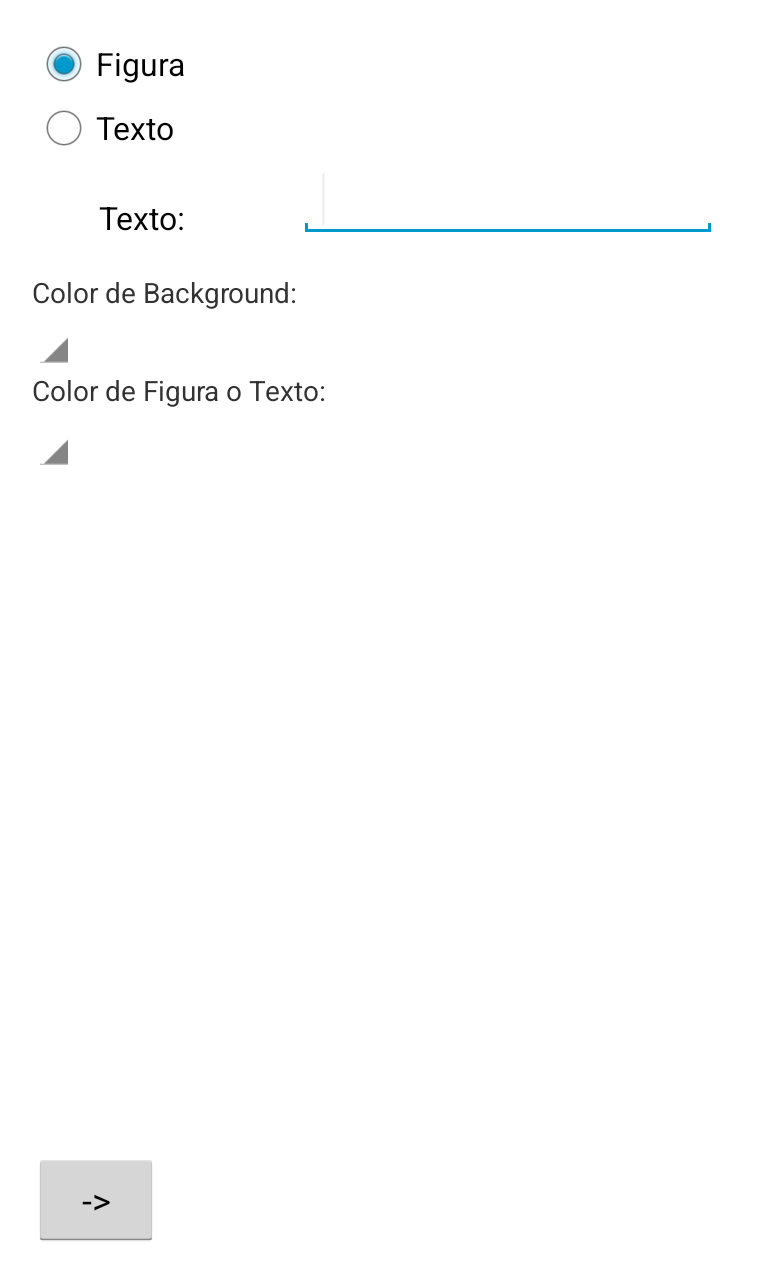
Repository: Anrai/android-app
Layout: Ejercicios/res/layout/activity_main.xml
These files come from the project's save history. The layout is drawn as it stood at one moment and after the next save; the edit follows.
It is drawn on a 768 x 1280 px phone screen (xhdpi) without system bars, with theme AppTheme; the app's code is not run. The app's manifest (not shown) leaves right-to-left support off. So textAlignment, textDirection and layoutDirection are ignored, and left and right values win over start and end ones.

Above is the layout before, as saved 2014-05-08 01:38:28.

After the next save:
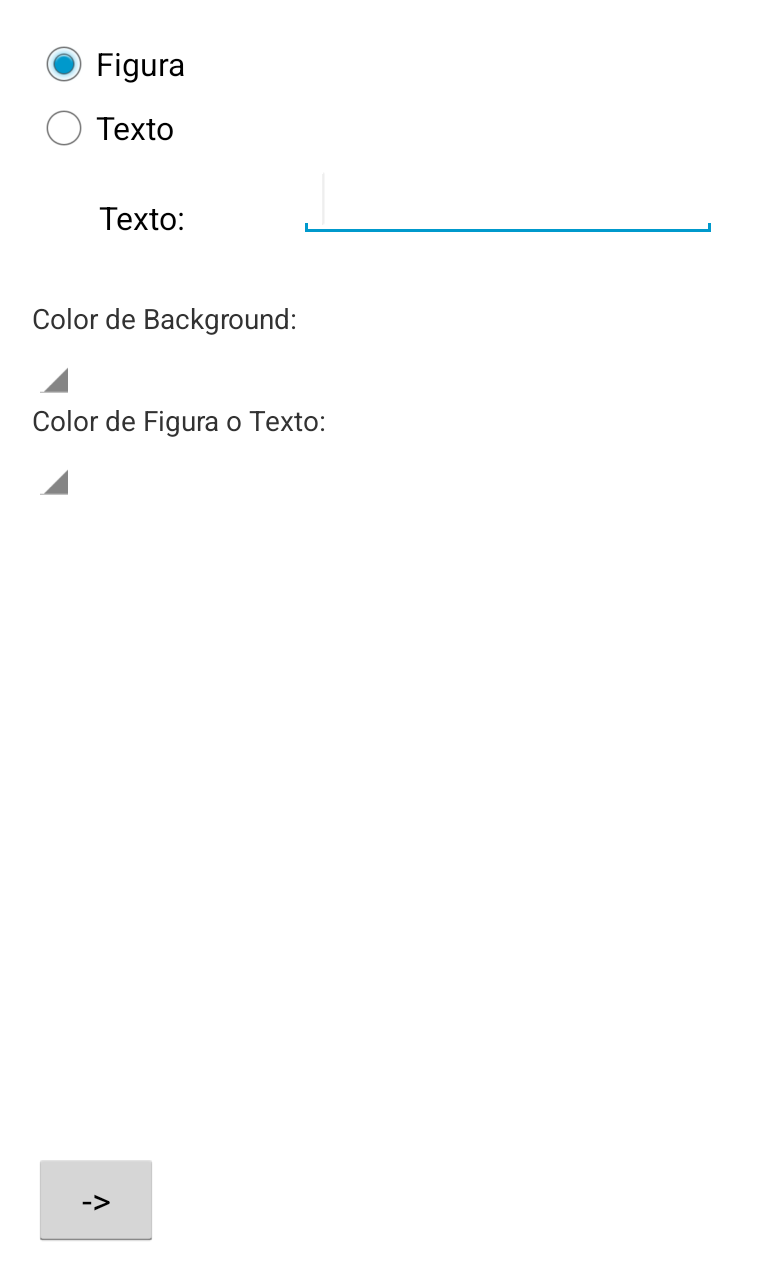
Saved 52 s later.
--- a/Ejercicios/res/layout/activity_main.xml
+++ b/Ejercicios/res/layout/activity_main.xml
@@ -58,36 +58,27 @@
         android:onClick="enviar"
         android:text="->" />
 
+    <TextView
+        android:id="@+id/textView1"
+        android:layout_width="wrap_content"
+        android:layout_height="wrap_content"
+        android:layout_alignLeft="@+id/radioGroup1"
+        android:layout_below="@+id/checkedTextView1"
+        android:layout_marginTop="30dp"
+        android:text="Color de Background:" />
+
     <Spinner
         android:id="@+id/background"
         android:layout_width="wrap_content"
         android:layout_height="wrap_content"
-        android:layout_alignParentBottom="false"
-        android:layout_alignParentLeft="false"
-        android:layout_alignParentRight="false"
-        android:layout_alignParentTop="false"
-        android:layout_alignWithParentIfMissing="false"
-        android:layout_below="@+id/textoEscrito"
-        android:layout_centerHorizontal="false"
-        android:layout_centerInParent="false"
-        android:layout_centerVertical="false"
-        android:layout_marginTop="34dp" />
-
-    <TextView
-        android:id="@+id/textView1"
-        android:layout_width="wrap_content"
-        android:layout_height="wrap_content"
-        android:layout_alignLeft="@+id/background"
-        android:layout_alignParentLeft="true"
-        android:layout_below="@+id/textoEscrito"
-        android:layout_marginTop="17dp"
-        android:text="Color de Background:" />
+        android:layout_alignLeft="@+id/radioGroup1"
+        android:layout_below="@+id/textView1" />
 
     <TextView
         android:id="@+id/textView2"
         android:layout_width="wrap_content"
         android:layout_height="wrap_content"
-        android:layout_alignLeft="@+id/background"
+        android:layout_alignLeft="@+id/radioGroup1"
         android:layout_below="@+id/background"
         android:text="Color de Figura o Texto:" />
 
@@ -95,7 +86,7 @@
         android:id="@+id/color"
         android:layout_width="wrap_content"
         android:layout_height="wrap_content"
-        android:layout_alignLeft="@+id/textView2"
+        android:layout_alignLeft="@+id/radioGroup1"
         android:layout_below="@+id/textView2" />
 
 </RelativeLayout>
